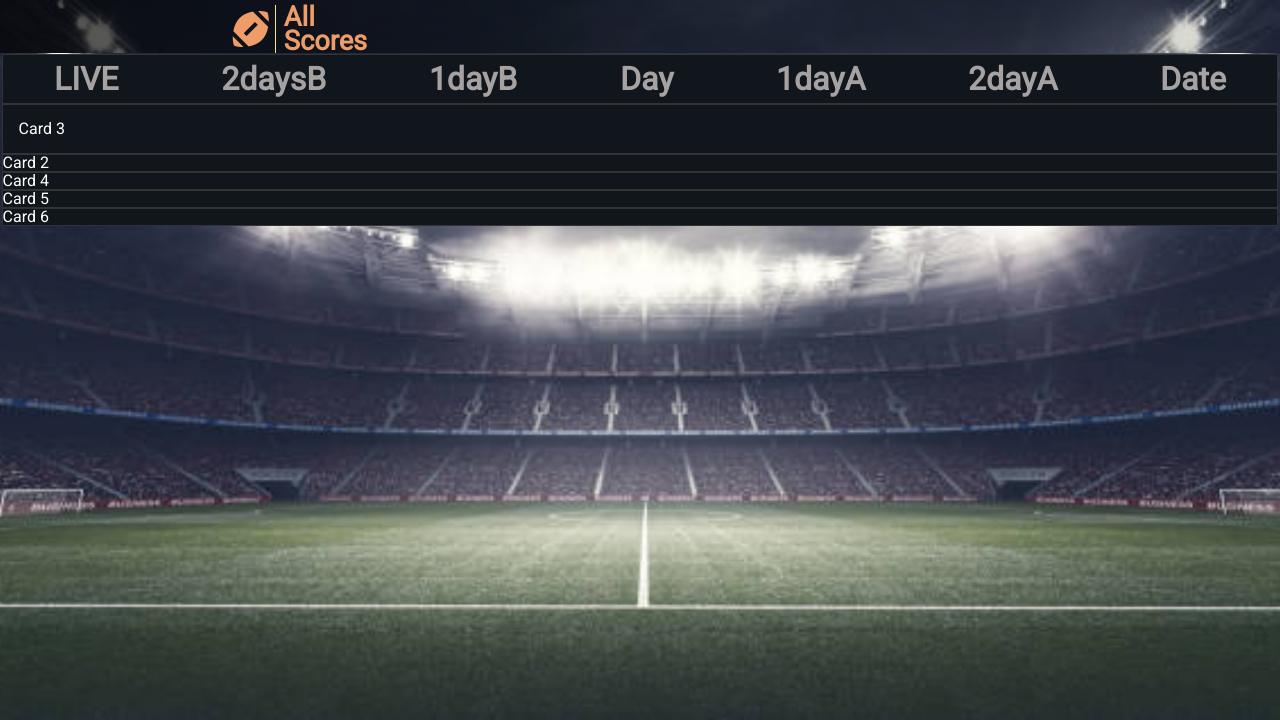
Repository: boomshakar/AllScores
Page: index.html
These files come from the project's save history. The page is drawn as it stood at one moment and after the next save; the edit follows.
The browser window is 1280 px wide. The pictures show the whole page.
The style sheet was rebuilt from its Sass, Less or Tailwind sources for each picture, by a compiler version that may differ from the author's.

Above is the page before, as saved 2021-03-30 02:37:39.

### index.html
<!DOCTYPE html>
<html lang="en">
  <head>
    <meta charset="UTF-8" />
    <meta http-equiv="X-UA-Compatible" content="IE=edge" />
    <meta name="viewport" content="width=device-width, initial-scale=1.0" />
    <title>All Scores</title>
    <link rel="stylesheet" href="css/main.css" />
    <link
      rel="stylesheet"
      href="https://fonts.googleapis.com/icon?family=Material+Icons"
    />
  </head>
  <body>
    <header>
      <a href="index.html" class="head-name__logo">
        <span class="material-icons md-48">sports_football</span>
        <h1>All<br />Scores</h1>
      </a>
      <ul class="head-name">
        <a href="index.html"
          ><li class="head-name__mob active">
            <span class="material-icons md-36">sports_soccer</span>
            <h3>Soccer</h3>
          </li></a
        >
        <a href="#"
          ><li class="head-name__mob">
            <span class="material-icons md-36">sports_basketball</span>
            <h3>Basket</h3>
          </li></a
        >
        <a href="#"
          ><li class="head-name__mob">
            <span class="material-icons md-36">golf_course</span>
            <h3>Golf</h3>
          </li></a
        >
        <a href="#"
          ><li class="head-name__mob">
            <span class="material-icons md-36">sports_tennis</span>
            <h3>Tennis</h3>
          </li></a
        >
      </ul>
      <div class="menu-btn">
        <span class="menu-btn__burger"></span>
      </div>
      <nav class="nav">
        <ul class="menu-nav">
          <div class="menu-nav__time">
            Lorem ipsum, dolor sit amet consectetur adipisicing elit. Qui
            quidem, dignissimos asperiores totam nesciunt laborum at consectetur
            nam temporibus ea.
          </div>
          <li class="menu-nav__item active">
            <a href="index.html" class="menu-nav__link">Soccer</a>
          </li>
          <li class="menu-nav__item">
            <a href="#" class="menu-nav__link">Basketball</a>
          </li>
          <li class="menu-nav__item">
            <a href="#" class="menu-nav__link">Tennis</a>
          </li>
          <li class="menu-nav__item">
            <a href="#" class="menu-nav__link">Hockey</a>
          </li>
          <li class="menu-nav__item">
            <a href="#" class="menu-nav__link">Golf</a>
          </li>
          <li class="menu-nav__item">
            <a href="#" class="menu-nav__link">Basketball</a>
          </li>
          <li class="menu-nav__item">
            <a href="#" class="menu-nav__link">Tennis</a>
          </li>
          <li class="menu-nav__item">
            <a href="#" class="menu-nav__link">Hockey</a>
          </li>
          <li class="menu-nav__item">
            <a href="#" class="menu-nav__link">Golf</a>
          </li>
          <li class="menu-nav__item">
            <a href="#" class="menu-nav__link">Basketball</a>
          </li>
          <li class="menu-nav__item">
            <a href="#" class="menu-nav__link">Tennis</a>
          </li>
          <li class="menu-nav__item">
            <a href="#" class="menu-nav__link">Hockey</a>
          </li>
          <li class="menu-nav__item">
            <a href="#" class="menu-nav__link">Golf</a>
          </li>
          <div class="menu-nav__foot">
            Lorem ipsum dolor sit amet consectetur adipisicing elit. Quisquam
            quod neque provident ex cumque adipisci, iusto, tempora quibusdam
            maxime, magni autem perferendis? Quibusdam, tenetur. Laudantium,
            velit reiciendis deleniti perferendis nesciunt vitae dolores itaque
            aut voluptas dolor veritatis. Optio ducimus consectetur nisi sequi,
            nesciunt id quis mollitia, laborum voluptates necessitatibus modi.
          </div>
        </ul>
      </nav>
    </header>
    <div class="grid-contain">
      <span class="card">
        <div class="date-select">
          <a href="#" class="date-select__link"
            ><div class="date-select__match">LIVE</div></a
          >
          <a href="#" class="date-select__link"
            ><div class="date-select__match">2daysB</div></a
          >
          <a href="#" class="date-select__link"
            ><div class="date-select__match">1dayB</div></a
          >
          <a href="#" class="date-select__link"
            ><div class="date-select__match">Day</div></a
          >
          <a href="#" class="date-select__link"
            ><div class="date-select__match">1dayA</div></a
          >
          <a href="#" class="date-select__link"
            ><div class="date-select__match">2dayA</div></a
          >
          <a href="#" class="date-select__link"
            ><div class="date-select__match">Date</div></a
          >
        </div>
      </span>
      <div class="card">Card 2</div>
      <div class="card">Card 3</div>
      <div class="card">Card 4</div>
      <div class="card">Card 5</div>
      <div class="card">Card 6</div>
    </div>
  </body>
  <script src="main.js"></script>
</html>

### main.js
const menuBtn = document.querySelector(".menu-btn");
const menuBurger = document.querySelector(".menu-btn__burger");
const nav = document.querySelector(".nav");
const headName = document.querySelector(".head-name");
const menuNav = document.querySelector(".menu-nav");
const menuNavList = document.querySelectorAll(".menu-nav__item");

let menuOpen = false;

menuBtn.addEventListener("click", toggleMenu);

function toggleMenu() {
  if (!menuOpen) {
    menuBurger.classList.add("open");
    nav.classList.add("open");
    headName.classList.add("open");
    menuNav.classList.add("open");
    menuNavList.forEach((item) => item.classList.add("open"));

    menuOpen = true;
  } else {
    menuBurger.classList.remove("open");
    nav.classList.remove("open");
    headName.classList.remove("open");
    menuNav.classList.remove("open");
    menuNavList.forEach((item) => item.classList.remove("open"));

    menuOpen = false;
  }
}

### scss/main.scss
@import "config";
@import "menu";
@import "home";
@import "responsive";

body {
  position: relative;
  background: $primary-color;
  color: $text-color;
  height: 100vh;
  font-family: "Roboto", "Segoe UI", Tahoma, Verdana, sans-serif;
  line-height: 1;
  background: url(../img/stadium3.jpg);
  background-size: cover;
  background-repeat: no-repeat;
  background-position: center;
  background-attachment: fixed;
}

header {
  display: flex;
  z-index: 2;
  background: linear-gradient(to right, rgba(#000, 0.7), rgba(#000, 0.1)),
    url(../img/head.jpg);
  background-size: cover;
  background-repeat: no-repeat;
  position: fixed;
  width: 100vw;
  padding-top: 0.3rem;

  a {
    color: $secondary-color;
  }
}

### scss/_config.scss
$primary-color: #24303a;
$secondary-color: #ee9d68;
$text-color: #fae56f;
$text-color2: rgb(167, 162, 162);

* {
  box-sizing: border-box;
  margin: 0;
  padding: 0;
  outline: 0;
  list-style: none;
}
a {
  text-decoration: none;
}

@import url("https://fonts.googleapis.com/css2?family=Roboto&display=swap");

@mixin transition-mix {
  transition: all 0.5s ease-in-out;
}

@mixin media-xxsm {
  @media screen and (max-width: 313px) {
    @content;
    ul.head-name {
      visibility: hidden;
    }
  }
}

@mixin media-xsm {
  @media screen and (min-width: 314px) and (max-width: 359px) {
    @content;
  }
}

@mixin media-sm {
  @media screen and (min-width: 360px) and (max-width: 399px) {
    @content;
  }
}

@mixin media-smd {
  @media screen and (min-width: 400px) {
    @content;
  }
}

@mixin media-md {
  @media screen and (min-width: 500px) {
    @content;
  }
}

@mixin media-lg {
  @media screen and (min-width: 700px) {
    @content;
  }
}

@mixin media-xl {
  @media screen and (min-width: 1000px) {
    @content;
  }
}

### scss/_menu.scss
.menu-btn {
  position: fixed;
  z-index: 1;
  width: 28px;
  height: 20px;
  top: 0.8rem;
  right: 0.7rem;
  background: transparent;
  cursor: pointer;
  @include transition-mix;
  &__burger {
    position: absolute;
    width: 20px;
    height: 3px;
    right: 0.5rem;
    top: 0.5rem;
    background: pink;
    border-radius: 5px;
    @include transition-mix;

    &::before {
      content: "";
      position: absolute;
      width: 28px;
      height: 3px;
      top: -8px;
      background: $text-color;
      border-radius: 5px;
      @include transition-mix;
    }

    &::after {
      content: "";
      position: absolute;
      width: 28px;
      height: 3px;
      top: 8px;
      background: $text-color;
      border-radius: 5px;
      @include transition-mix;
    }

    &.open {
      transform: rotate(720deg);
      background: transparent;

      &::before {
        transform: rotate(45deg) translate(5px, 8px);
        background: $secondary-color;
      }
      &::after {
        transform: rotate(-45deg) translate(3px, -7px);
        background: $secondary-color;
      }
    }
  }
}
nav {
  position: fixed;
  top: 0;
  left: 0;
  width: 100vw;
  visibility: hidden;
  &.open {
    visibility: visible;
  }
}

.menu-nav {
  display: grid;
  grid-template-columns: 1fr;
  grid-template-rows: 1fr;
  width: 100vw;
  height: 100vh;
  top: 50px;
  left: 0;
  right: 0;
  bottom: 0;
  overflow-y: scroll;
  overflow-x: hidden;
  background: $primary-color;
  opacity: 0.97;
  transform: translateY(-100%);
  @include transition-mix;

  &.open {
    transform: translateY(0);
  }
  &__time {
    padding: 1.5rem 1.5rem 1rem 1.5rem;
    line-height: 1.2;
    font-size: 12px;
  }

  &__item {
    transform: translateX(100vw);
    border-bottom: 1px solid rgb(102, 96, 96);
    @include transition-mix;
    &:nth-of-type(1) {
      border-top: 1px solid rgb(102, 96, 96);
    }
    &.open {
      transform: translateX(0);
    }
    &.active > a {
      color: $secondary-color;
    }
  }

  &__link {
    display: grid;
    font-size: 1.1rem;
    padding: 0.7rem 0;
    font-weight: 600;
    text-transform: uppercase;
    text-align: center;
    color: rgb(167, 162, 162);
    @include transition-mix;

    &:hover {
      color: $secondary-color;
    }
  }

  &__foot {
    padding: 2rem 1.5rem 200px 1.5rem;
    font-size: 12px;
  }
}

@for $f from 1 through 14 {
  .menu-nav__item:nth-child(#{$f}) {
    transition-delay: ($f * 0.1s) + 0.05s;
  }
}

### scss/_home.scss
.grid-contain {
  padding: 3.4rem 0.1rem 1.5rem 0.1rem;
  display: grid;
  grid-template-columns: 1fr;
  width: 100vw;

  .card {
    background: darken($primary-color, 10%);
    border: 1px solid #333;
    color: #fff;

    &:nth-child(1) {
      //date selector
      grid-column: 1 / 1;
      grid-row: 1/ 2;
      .date-select {
        display: flex;
        flex-direction: row;
        justify-content: space-around;
        &__link {
          color: $text-color2;
          padding: 0.5rem 1rem;
          font-size: 2rem;
          font-weight: 600;
        }
      }
    }

    &:nth-child(2) {
      //left side
      grid-column: 1;
      grid-row: 3 / 4;
    }

    &:nth-child(3) {
      //main menu
      grid-column: 1;
      grid-row: 2 / 3;
      padding: 1rem;
    }

    &:nth-child(4) {
      //right side
      grid-column: 1;
      grid-row: 4 / 5;
    }

    &:nth-child(5) {
      //stciky ad below
      grid-column: 1;
      grid-row: 5 / 6;
    }

    &:nth-child(6) {
      //footer
      grid-column: 1;
      grid-row: 6 / 7;
    }
  }
}

### scss/_responsive.scss
@include media-xxsm {
  header {
    height: 2.8rem;
    justify-content: space-between;
    .head-name__logo {
      display: flex;
      flex-direction: row;
      cursor: pointer;
      &:hover > .material-icons {
        color: $text-color;
      }

      .material-icons {
        font-size: 2.5rem;
        align-items: center;
        cursor: pointer;
        @include transition-mix;
      }
      h1 {
        font-weight: 800;
        border-left: 1px solid $text-color;
        line-height: 1.3rem;
        padding: 0 0.5rem;
        font-size: 1.1rem;
        cursor: pointer;
      }
    }
  }
}

@include media-xsm {
  header {
    justify-content: space-between;
    .head-name__logo {
      display: flex;
      flex-direction: row;
      cursor: pointer;
      height: 2.5rem;
      &:hover > .material-icons {
        color: $text-color;
      }

      .material-icons {
        font-size: 2.5rem;
        align-items: center;
        cursor: pointer;
        @include transition-mix;
      }
      h1 {
        font-weight: 800;
        border-left: 1px solid $text-color;
        line-height: 1.3rem;
        padding: 0 0.5rem;
        font-size: 1.1rem;
        cursor: pointer;
      }
    }
    ul.head-name {
      display: flex;
      flex-direction: row;
      margin-right: 2rem;
      &.open {
        visibility: hidden;
      }

      .head-name__mob {
        border-left: 1px solid $text-color2;
        padding: 0 0.2rem;
        text-align: center;
        width: 3rem;
        @include transition-mix;
        &.active {
          background: linear-gradient(
            to right,
            rgba(#fff, 0.3),
            rgba(#fff, 0.1)
          );
          color: $text-color;
          border-radius: 5px;
          border-left: 1px solid $text-color;
        }
        &:hover > .material-icons {
          color: $text-color;
        }
      }
      .material-icons {
        font-size: 1.3rem;
        cursor: pointer;
        @include transition-mix;
      }
      h3 {
        font-size: 0.7rem;
      }
    }
    .menu-btn {
      right: -0.3rem;
    }
  }
}

@include media-sm {
  header {
    justify-content: space-between;
    .head-name__logo {
      display: flex;
      flex-direction: row;
      cursor: pointer;
      height: 2.5rem;
      &:hover > .material-icons {
        color: $text-color;
      }

      .material-icons {
        font-size: 2.5rem;
        align-items: center;
        cursor: pointer;
        @include transition-mix;
      }
      h1 {
        font-weight: 800;
        border-left: 1px solid $text-color;
        line-height: 1.3rem;
        padding: 0 0.5rem;
        font-size: 1.1rem;
        cursor: pointer;
      }
    }
    ul.head-name {
      display: flex;
      flex-direction: row;
      margin-right: 2rem;
      &.open {
        visibility: hidden;
      }

      .head-name__mob {
        border-left: 1px solid $text-color2;
        padding: 0 0.5rem;
        text-align: center;
        width: 3.3rem;
        &.active {
          background: linear-gradient(
            to right,
            rgba(#fff, 0.3),
            rgba(#fff, 0.1)
          );
          color: $text-color;
          border-radius: 5px;
          border-left: 1px solid $text-color;
        }
        &:hover > .material-icons {
          color: $text-color;
        }
      }
      .material-icons {
        font-size: 1.3rem;
        cursor: pointer;
        @include transition-mix;
      }
      h3 {
        font-size: 0.8rem;
      }
    }
    .menu-btn {
      right: 0.3rem;
    }
  }
}

@include media-smd {
  header {
    justify-content: space-between;
    .head-name__logo {
      display: flex;
      flex-direction: row;
      cursor: pointer;
      &:hover > .material-icons {
        color: $text-color;
      }

      .material-icons {
        font-size: 3rem;
        align-items: center;
        cursor: pointer;
        @include transition-mix;
      }
      h1 {
        font-weight: 800;
        border-left: 1px solid $text-color;
        line-height: 1.5rem;
        padding: 0 0.5rem;
        font-size: 1.4rem;
        cursor: pointer;
      }
    }
    ul.head-name {
      display: flex;
      flex-direction: row;
      margin-right: 2rem;
      &.open {
        visibility: hidden;
      }

      .head-name__mob {
        border-left: 1px solid $text-color2;
        padding: 0 0.3rem;
        text-align: center;
        width: 3.4rem;
        @include transition-mix;
        &.active {
          background: linear-gradient(
            to right,
            rgba(#fff, 0.3),
            rgba(#fff, 0.1)
          );
          color: $text-color;
          border-radius: 5px;
          border-left: 1px solid $text-color;
        }
        &:hover > .material-icons {
          color: $text-color;
        }
      }
      .material-icons {
        font-size: 1.7rem;
        cursor: pointer;
        @include transition-mix;
      }
      h3 {
        font-size: 0.8rem;
      }
    }
    .menu-btn {
      top: 1.2rem;
      right: 0.4rem;
    }
  }
}

@include media-md {
  header {
    justify-content: space-between;
    .head-name__logo {
      display: flex;
      flex-direction: row;
      cursor: pointer;
      &:hover > .material-icons {
        color: $text-color;
      }

      .material-icons {
        font-size: 3rem;
        align-items: center;
        cursor: pointer;
        @include transition-mix;
      }
      h1 {
        font-weight: 800;
        border-left: 1px solid $text-color;
        line-height: 1.5rem;
        padding: 0 0.5rem;
        font-size: 1.7rem;
        cursor: pointer;
      }
    }
    ul.head-name {
      display: flex;
      flex-direction: row;
      margin-right: 5rem;
      &.open {
        visibility: hidden;
      }

      .head-name__mob {
        border-left: 1px solid $text-color2;
        padding: 0 0.5rem;
        text-align: center;
        width: 3.8rem;
        @include transition-mix;
        &.active {
          background: linear-gradient(
            to right,
            rgba(#fff, 0.3),
            rgba(#fff, 0.1)
          );
          color: $text-color;
          border-radius: 5px;
          border-left: 1px solid $text-color;
        }
        &:hover > .material-icons {
          color: $text-color;
        }
      }
      .material-icons {
        font-size: 1.7rem;
        cursor: pointer;
        @include transition-mix;
      }
      h3 {
        font-size: 0.8rem;
      }
    }
  }
}

@include media-lg {
  header {
    justify-content: space-evenly;
    .head-name__logo {
      display: flex;
      flex-direction: row;
      cursor: pointer;
      margin-right: 8rem;
      &:hover > .material-icons {
        color: $text-color;
      }

      .material-icons {
        font-size: 3rem;
        align-items: center;
        cursor: pointer;
        @include transition-mix;
      }
      h1 {
        font-weight: 800;
        border-left: 1px solid $text-color;
        line-height: 1.5rem;
        padding: 0 0.5rem;
        font-size: 1.7rem;
        cursor: pointer;
      }
    }
    ul.head-name {
      display: flex;
      flex-direction: row;
      &.open {
        visibility: hidden;
      }

      .head-name__mob {
        border-left: 1px solid $text-color2;
        padding: 0 0.3rem;
        text-align: center;
        width: 3.8rem;
        &.active {
          background: linear-gradient(
            to right,
            rgba(#fff, 0.3),
            rgba(#fff, 0.1)
          );
          color: $text-color;
          border-radius: 5px;
          border-left: 1px solid $text-color;
        }
        &:hover > .material-icons {
          color: $text-color;
        }
      }
      .material-icons {
        font-size: 1.7rem;
        cursor: pointer;
        @include transition-mix;
      }
      h3 {
        font-size: 0.8rem;
      }
    }
    .menu-btn {
      visibility: hidden;
    }
  }
}

@include media-xl {
  header {
    justify-content: space-evenly;
    .head-name__logo {
      display: flex;
      flex-direction: row;
      cursor: pointer;
      margin-right: 8rem;
      &:hover > .material-icons {
        color: $text-color;
      }

      .material-icons {
        font-size: 3rem;
        align-items: center;
        cursor: pointer;
        @include transition-mix;
      }
      h1 {
        font-weight: 800;
        border-left: 1px solid $text-color;
        line-height: 1.5rem;
        padding: 0 0.5rem;
        font-size: 1.7rem;
        cursor: pointer;
      }
    }
    ul.head-name {
      display: flex;
      flex-direction: row;
      &.open {
        visibility: hidden;
      }

      .head-name__mob {
        border-left: 1px solid $text-color2;
        padding: 0 0.3rem;
        text-align: center;
        width: 3.8rem;
        &.active {
          background: linear-gradient(
            to right,
            rgba(#fff, 0.3),
            rgba(#fff, 0.1)
          );
          color: $text-color;
          border-radius: 5px;
          border-left: 1px solid $text-color;
        }
        &:hover > .material-icons {
          color: $text-color;
        }
      }
      .material-icons {
        font-size: 1.7rem;
        cursor: pointer;
        @include transition-mix;
      }
      h3 {
        font-size: 0.8rem;
      }
    }
  }
}

After the next save:
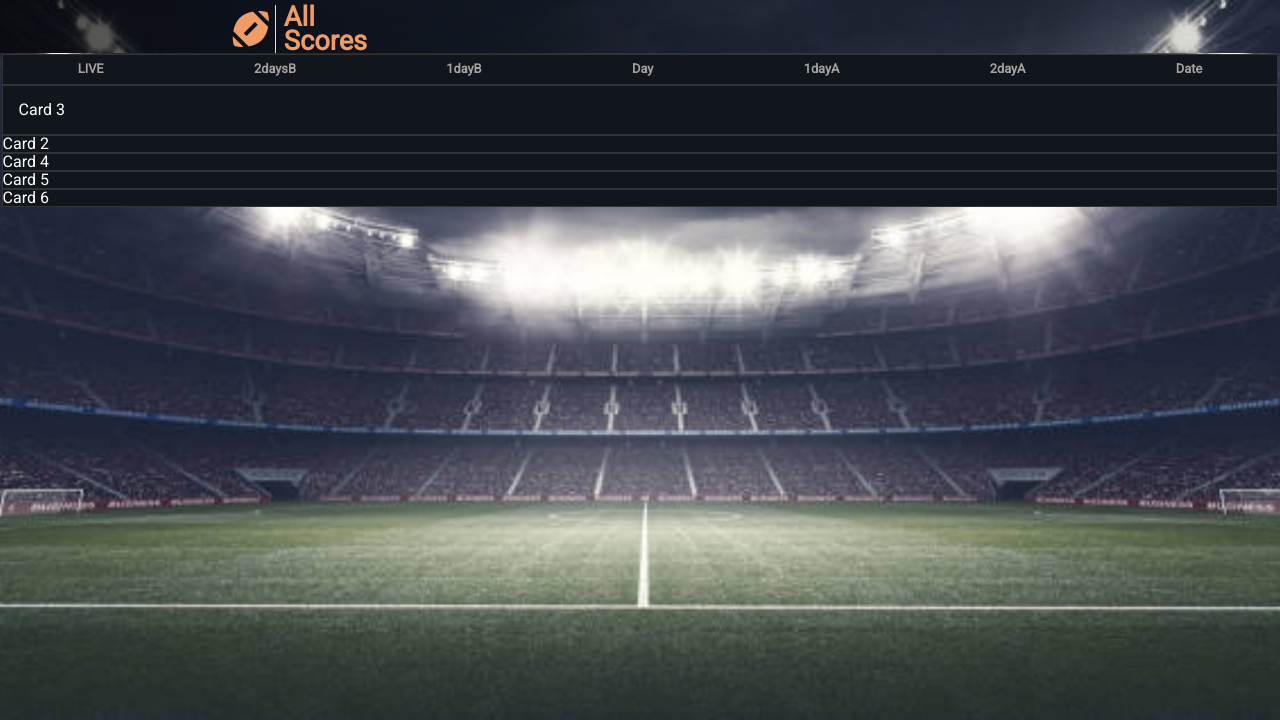
Saved 6 s later.
--- a/scss/_home.scss
+++ b/scss/_home.scss
@@ -20,7 +20,7 @@
         &__link {
           color: $text-color2;
           padding: 0.5rem 1rem;
-          font-size: 2rem;
+          font-size: 0.8rem;
           font-weight: 600;
         }
       }
